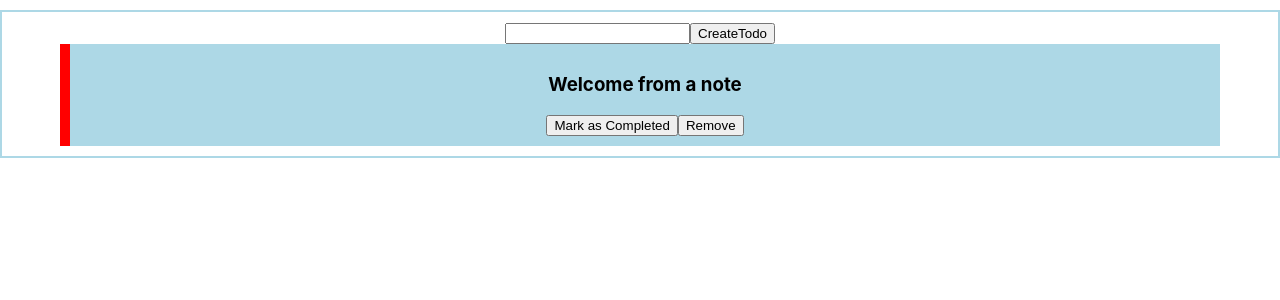
Repository: CaptainStorm21/react-ecosystem-course
Page: /
These files come from the project's save history. The page is drawn as it stood at one moment and after a run of saves; the edit follows.
The browser window is 1280 px wide. The pictures show the whole page.
The project was rebuilt for these pictures with package versions that can differ from the ones it lists, and the page was loaded fresh each time.

Above is the page before, as saved 2020-05-30 17:41:33.

### src/App.js
import React from 'react';
import './App.css';
import TodoList from './todos/TodoList'

function App() {
  return (
    <div className="App">
      <TodoList/>
    </div>
  );
}

export default App;

### src/todos/TodoList.js
import React from 'react';
import NewTodoForm from './NewTodoForm';
import TodoListItem from './TodoListItem';
import './TodoList.css';


const TodoList = ({ todos = [{ text: "Welcome from a note" }] }) => (
    <div className="list-wrapper">
        <NewTodoForm/>
        {todos.map(todo => <TodoListItem todo={todo} />)}
    </div>
)

export default TodoList;

### src/todos/NewTodoForm.js
import React, { useState } from 'react';
import './NewTodoForm.css';

const NewTodoForm = () => {
    const [inputValue, setInputValue] = useState(' ');
   return (
        <div className="new-todo-form">
           <input className="new-todo-input"
               type="text"
               value={inputValue}
               onChange = { e => setInputValue (e.target.value)}
           />
            <button className="newTodo">CreateTodo</button>
        </div>
    );
};
export default NewTodoForm;

### src/todos/TodoListItem.js
import React from "react";

const TodoListItem = ({ todo }) => (
  <div className="todo-item-container">
    <h3>{todo.text}</h3>
    <div className="button -container">
      <button className="completed-button"> Mark as Completed</button>
      <button className="remove-button"> Remove</button>
    </div>
  </div>
);

export default TodoListItem;

### src/todos/TodoList.css
.list-wrapper{
    border: 2px solid lightblue;
    padding: 10px;
    margin-top: 10px;
}

### src/todos/NewTodoForm.css
.todo-item-container{
    width: 90%;
    margin: 0 auto;
    padding: 10px;
    border-left: 10px solid red;
    background-color: lightblue;
}

Loaded but not shown: public/index.html (common file); src/index.js (common file); src/index.css (common file); src/serviceWorker.js (common file); src/App.css (common file)

After the next 4 saves:
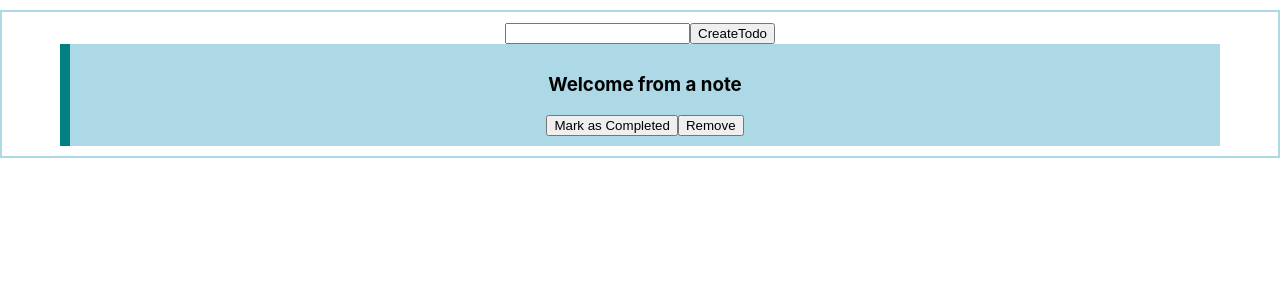
The 4 saves are shown as one change because they came seconds apart.
The last was saved 12 s later.
--- a/src/todos/NewTodoForm.css
+++ b/src/todos/NewTodoForm.css
@@ -2,6 +2,6 @@
     width: 90%;
     margin: 0 auto;
     padding: 10px;
-    border-left: 10px solid red;
+    border-left: 10px solid teal;
     background-color: lightblue;
 }
